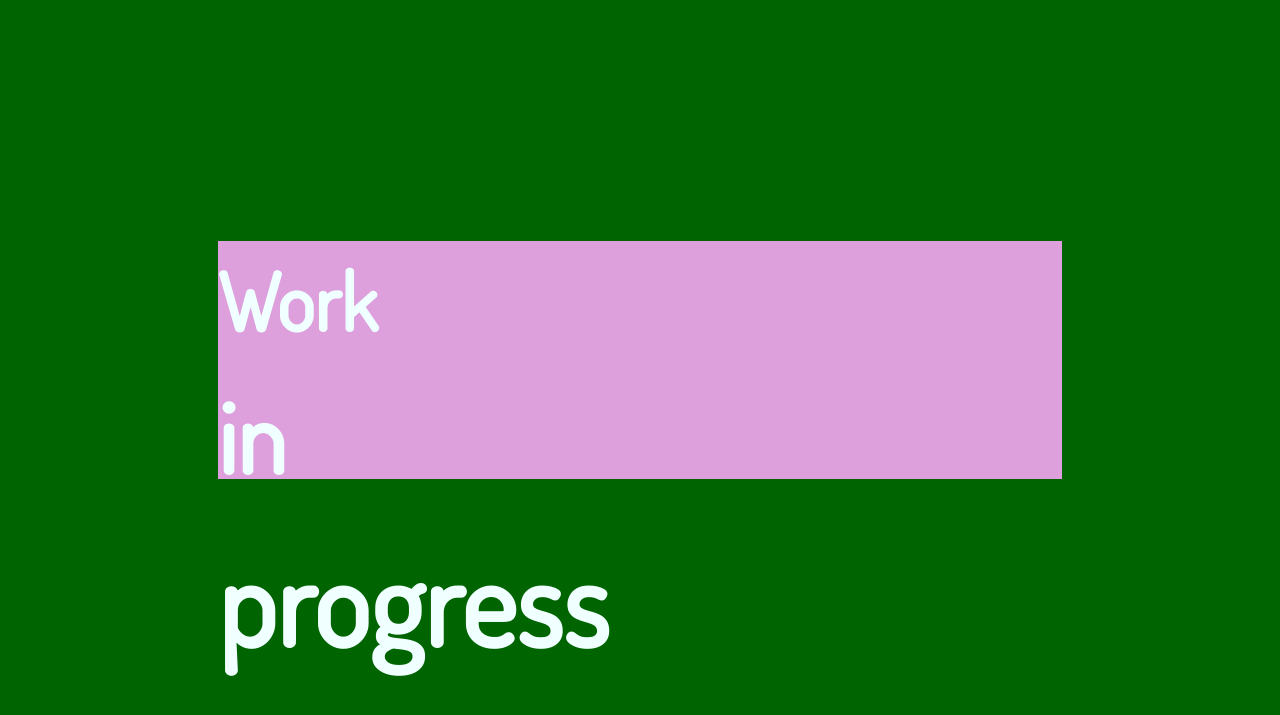
Repository: NollieChtn6/NollieChtn6.github.io
Page: index.html
These files come from the project's save history. The page is drawn as it stood at one moment and after the next save; the edit follows.
The browser window is 1280 px wide. The pictures show the whole page.

Above is the page before, as saved 2023-11-10 18:20:57.

### index.html

<!DOCTYPE html>

<html lang="fr">

<head>
  <meta charset="utf-8">
  <meta name="viewport" content="width=device-width">
  <link href="css/reset.css" rel="stylesheet">
  <link href="css/style.css" rel="stylesheet">
  <link
    href="https://fonts.googleapis.com/css2?family=Dosis&display=swap"
    rel="stylesheet">
  <title>Portfolio</title>
</head>

<body>

  <main class="main__container">

    <div class="main__content">

      <h1 class="main__title">
        <span class="main__title main__title--level-1">
          Work
        </span>
        <span class="main__title main__title--level-2">
          in
        </span>
        <span class="main__title main__title--level-3">
          progress
        </span>
      </h1>

    </div>

  </main>

</body>

</html>

### css/style.css
/* VARIABLES */

/* :root {

} */


/* GÉNÉRAL */

* {
  box-sizing: border-box;
}

html {
  font-size: 62.5%;
}

body {
  display: flex;
  flex-direction: column;
  height: 100vh;
  min-height: 100vh;
}

h1 {
  font-family: 'Dosis', sans-serif;
}


/* MAIN  */

.main__container {
  display: flex;
  flex-direction: column;
  background-color: antiquewhite;
  height: 100vh;
  width: 100vw;
}

.main__content {
  display: flex;
  flex-direction: column;
  background-color:darkgreen;
  height: 100vh;
  width: 100vw;
  margin-top: auto;
  /* padding: 5rem 0rem 0rem 8rem; */
  /* justify-content: center; */
  /* align-items: center; */
  /* padding-top: 8rem;
  padding-left: 4rem;; */

}

h1 {
  display: flex;
  flex-direction: column;
  width: 66vw;
  height: 33vh;
  margin: auto;
  font-size: 8rem;
  background-color: plum;
  color: azure;
  justify-content: space-between;
}

.main__title--level-1 {
  align-self: start;

}

.main__title--level-2 {
  /* align-self: center; */
  font-size: 10rem;
}

.main__title--level-3 {
  /* align-self: end; */
  font-size: 12rem;
}

Loaded but not shown: css/reset.css (common file)

After the next save:
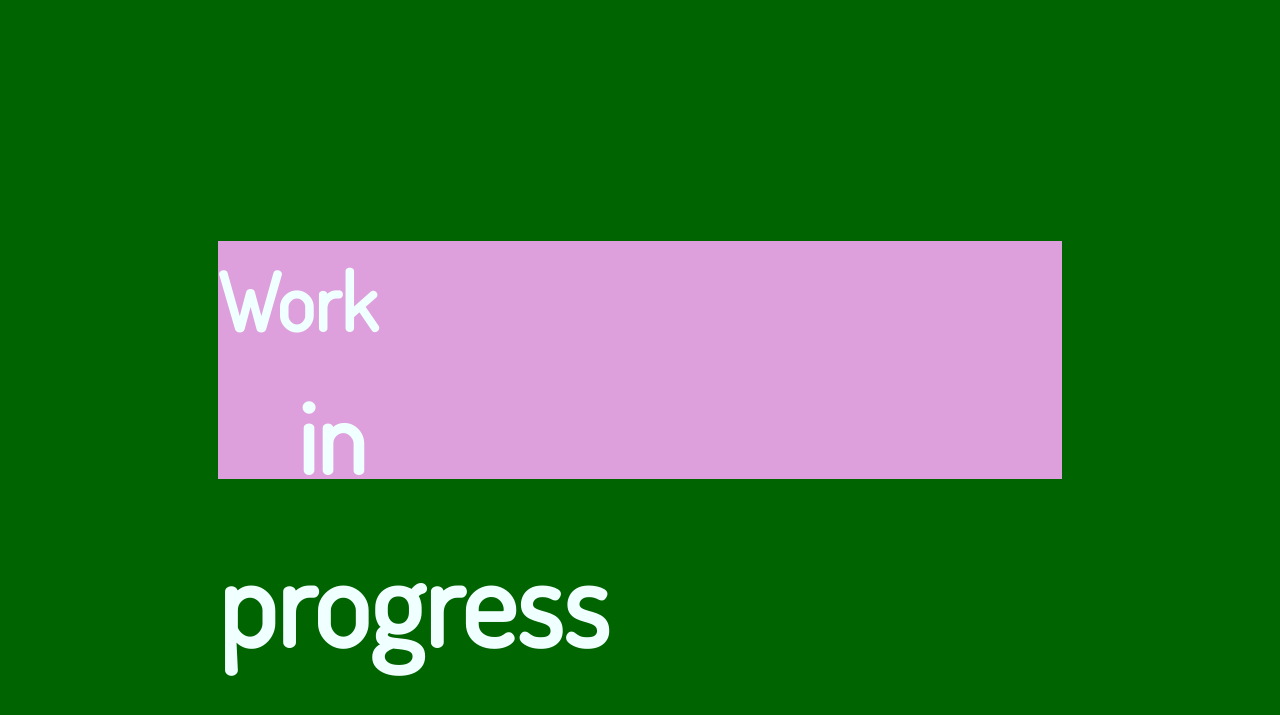
Saved 13 s later.
--- a/css/style.css
+++ b/css/style.css
@@ -72,6 +72,7 @@ h1 {
 .main__title--level-2 {
   /* align-self: center; */
   font-size: 10rem;
+  padding-left: 8rem;
 }
 
 .main__title--level-3 {
